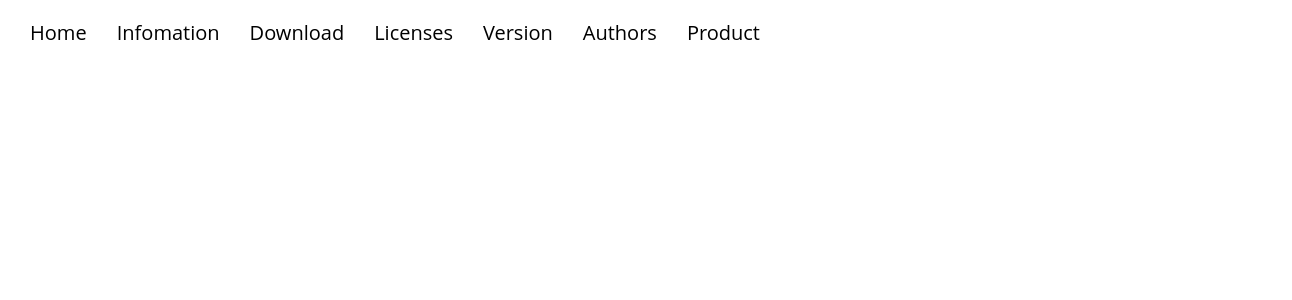
Repository: thanhp6868/ltWeb
Page: 1110/2/full.html
An editor plug-in stored every save of this project. The page is shown before and after the next save, followed by the edit.
The browser window is 1280 px wide. The page is 1292 px wide, so the pictures cover 1292 px, including what lies to the right of the window. The pictures show the whole page.

Above is the page before, as saved 2023-10-11 15:16:19.

After the next save:
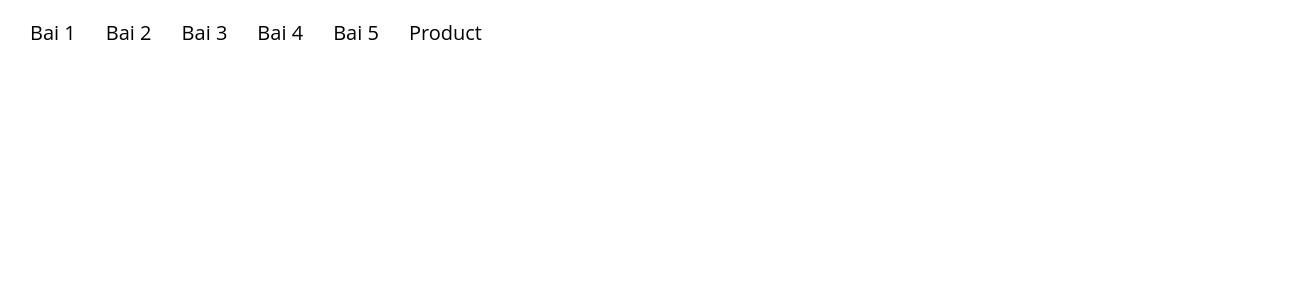
Saved 34 s later.
--- a/1110/2/full.html
+++ b/1110/2/full.html
@@ -16,12 +16,12 @@
 
             <nav id="navbar" class="navbar">
               <ul>
-                <li><a class="nav-link scrollto active" href="#home">Home</a></li>
-                <li><a class="nav-link scrollto" href="#info">Infomation</a></li>
-                <li><a class="nav-link scrollto" href="#download">Download</a></li>
-                <li><a class="nav-link scrollto" href="#licenses">Licenses</a></li>
-                <li><a class="nav-link scrollto" href="#version">Version</a></li>
-                <li><a class="nav-link scrollto" href="../cv/index.html">Authors</a></li>
+                <li><a class="nav-link scrollto active" href="#home">Bai 1</a></li>
+                <li><a class="nav-link scrollto" href="#info">Bai 2</a></li>
+                <li><a class="nav-link scrollto" href="#download">Bai 3</a></li>
+                <li><a class="nav-link scrollto" href="#licenses">Bai 4</a></li>
+                <li><a class="nav-link scrollto" href="#version">Bai 5</a></li>
+
                 <li class="product"><a href="#"><span>Product</span></a>
                   <ul>
                     <li><a href="#">Product 1</a></li>
